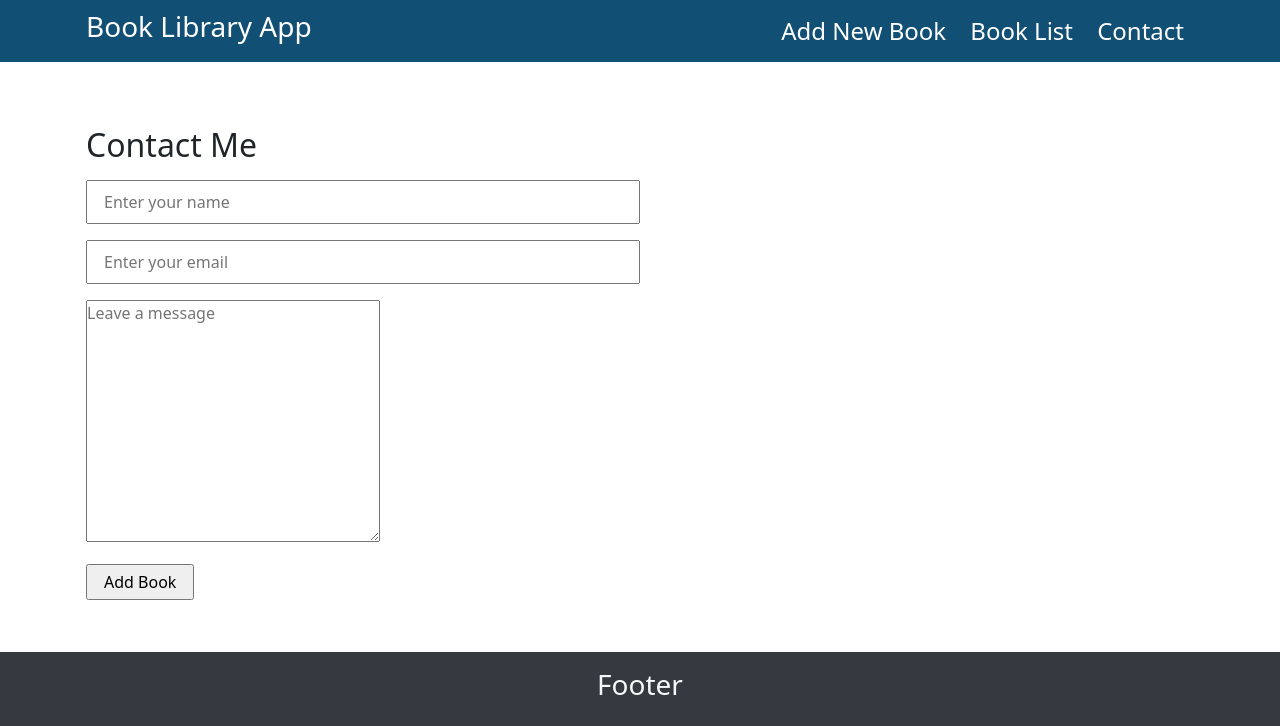
Repository: just-mann/booklibrary-app
Page: http://localhost/contact
An editor plug-in stored every save of this project. The page is shown before and after the next save, followed by the edit.
The browser window is 1280 px wide. The pictures show the whole page.
The page is served by the project's Node server (app.js).

Above is the page before, as saved 2021-06-06 04:14:03.

After the next save:
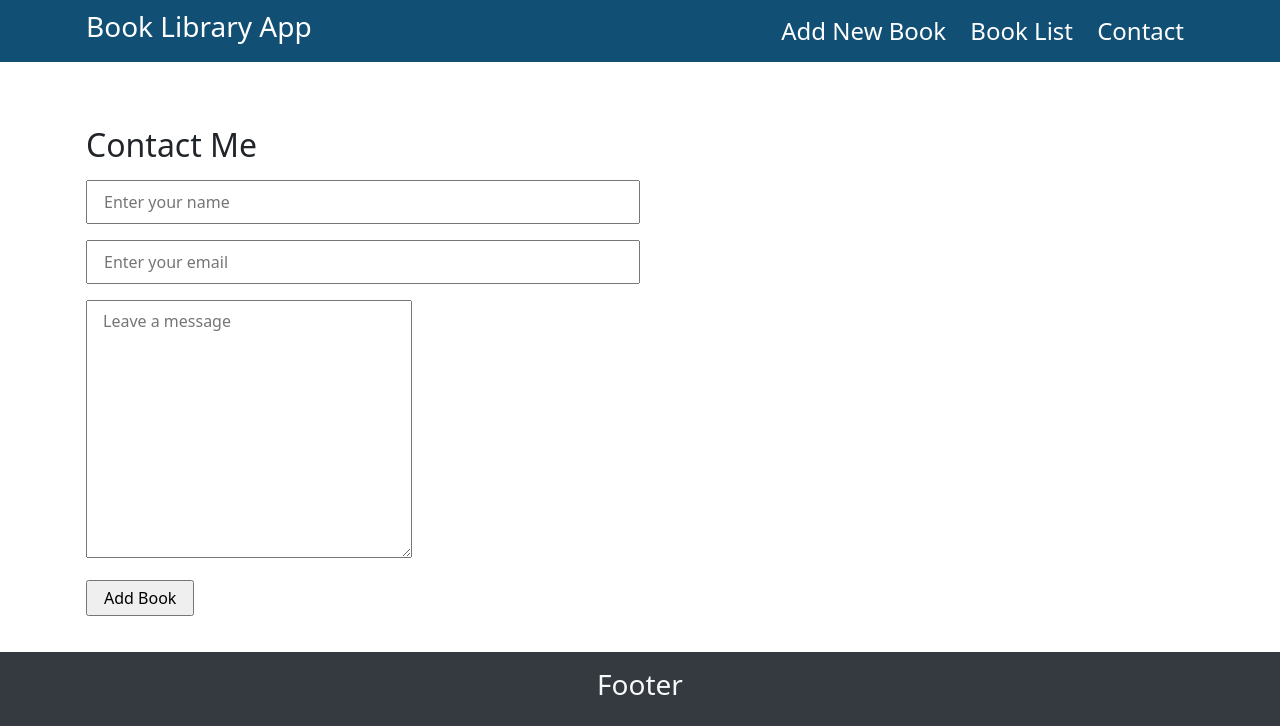
Saved 37 s later.
--- a/views/contact.ejs
+++ b/views/contact.ejs
@@ -14,7 +14,7 @@
                   <input class="px-3 py-2 author w-100" type="text" name="author" id="author" placeholder="Enter your email">
                 </div>
                 <div class="my-3">
-                  <textarea name="message" id="" cols="30" rows="10" placeholder="Leave a message"></textarea>
+                  <textarea class="px-3 py-2" name="message" id="" cols="30" rows="10" placeholder="Leave a message"></textarea>
                 </div>
                 <div class="my-3">
                   <input class="px-3 py-1 submitBtn" type="submit" value="Add Book">
